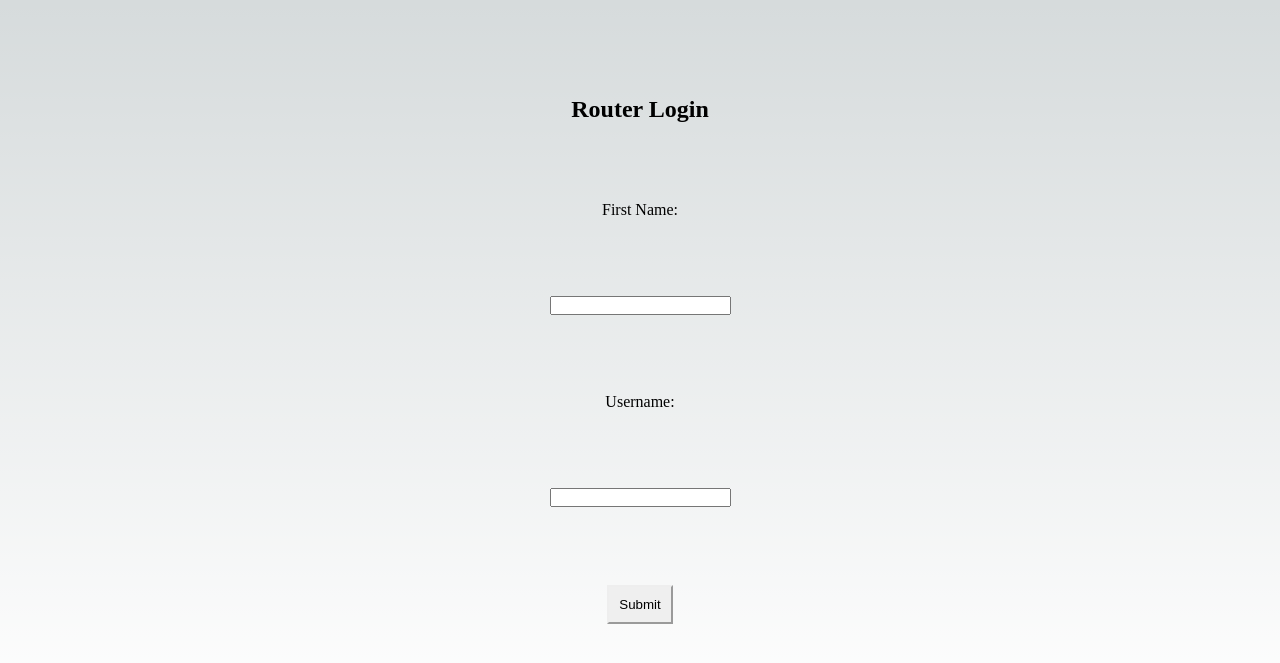
Repository: Mariessa-Pinto/week2-next.js-next-router-login
Page: /
An editor plug-in stored every save of this project. The page is shown before and after the next save, followed by the edit.
The browser window is 1280 px wide. The pictures show the whole page.
The project was rebuilt for these pictures with package versions that can differ from the ones it lists, and the page was loaded fresh each time. The framework's server and built-in components were replaced by stand-ins that run in the browser. Also part of the build but not shown: next.config.js.

Above is the page before, as saved 2023-01-11 07:36:58.

### pages/index.js
import Head from 'next/head'
import Image from 'next/image'
import { Inter } from '@next/font/google'
import styles from '../styles/Home.module.css'
import { useState } from 'react'
import { useRouter } from 'next/router'

const inter = Inter({ subsets: ['latin'] })

export default function Home() {

  const router = useRouter()

  const [formData, setFormData] = useState({
    firstName: '',
    username: ''
  })

  const CheckLogin = () => {
    console.log(formData.firstName)
    console.log(formData)

    if(formData.username !== null) {
      router.push( {
        pathname: './counter',
        query: {
          username: formData.username
        }
      })
    }
  }

  return (
    <>
      <Head>
        <title>Create Next App</title>
        <meta name="description" content="Generated by create next app" />
        <meta name="viewport" content="width=device-width, initial-scale=1" />
        <link rel="icon" href="/favicon.ico" />
      </Head>
      <main className={styles.main}>

       <h2>Router Login</h2>
       <label>First Name:</label>
       <input
        type = "text"
        id = "first"
        name = "first"
        required
        pattern ="[A-Z]{1}[a-z]{2,10}"
        title="The first letter should be capitalized"
        onChange={(e => setFormData({...formData, firstName: e.target.value}))}
       />

       <label>Username:</label>
       <input
        type = "text"
        id = "username"
        name = "username"
        required
        title="Type your username"
        minLength="5"
        maxLength="10"
        onChange={(e => setFormData({...formData, username: e.target.value}))}
       />
       <button className={styles.button} type="submit" onClick={() => CheckLogin()}>Submit</button>
      </main>
    </>
  )
}

### styles/globals.css
:root {
  --max-width: 1100px;
  --border-radius: 12px;
  --font-mono: ui-monospace, Menlo, Monaco, 'Cascadia Mono', 'Segoe UI Mono',
    'Roboto Mono', 'Oxygen Mono', 'Ubuntu Monospace', 'Source Code Pro',
    'Fira Mono', 'Droid Sans Mono', 'Courier New', monospace;

  --foreground-rgb: 0, 0, 0;
  --background-start-rgb: 214, 219, 220;
  --background-end-rgb: 255, 255, 255;

  --primary-glow: conic-gradient(
    from 180deg at 50% 50%,
    #16abff33 0deg,
    #0885ff33 55deg,
    #54d6ff33 120deg,
    #0071ff33 160deg,
    transparent 360deg
  );
  --secondary-glow: radial-gradient(
    rgba(255, 255, 255, 1),
    rgba(255, 255, 255, 0)
  );

  --tile-start-rgb: 239, 245, 249;
  --tile-end-rgb: 228, 232, 233;
  --tile-border: conic-gradient(
    #00000080,
    #00000040,
    #00000030,
    #00000020,
    #00000010,
    #00000010,
    #00000080
  );

  --callout-rgb: 238, 240, 241;
  --callout-border-rgb: 172, 175, 176;
  --card-rgb: 180, 185, 188;
  --card-border-rgb: 131, 134, 135;
}

@media (prefers-color-scheme: dark) {
  :root {
    --foreground-rgb: 255, 255, 255;
    --background-start-rgb: 0, 0, 0;
    --background-end-rgb: 0, 0, 0;

    --primary-glow: radial-gradient(rgba(1, 65, 255, 0.4), rgba(1, 65, 255, 0));
    --secondary-glow: linear-gradient(
      to bottom right,
      rgba(1, 65, 255, 0),
      rgba(1, 65, 255, 0),
      rgba(1, 65, 255, 0.3)
    );

    --tile-start-rgb: 2, 13, 46;
    --tile-end-rgb: 2, 5, 19;
    --tile-border: conic-gradient(
      #ffffff80,
      #ffffff40,
      #ffffff30,
      #ffffff20,
      #ffffff10,
      #ffffff10,
      #ffffff80
    );

    --callout-rgb: 20, 20, 20;
    --callout-border-rgb: 108, 108, 108;
    --card-rgb: 100, 100, 100;
    --card-border-rgb: 200, 200, 200;

    --dark-red: darkred;
  }
}

* {
  box-sizing: border-box;
  padding: 0;
  margin: 0;
}

html,
body {
  max-width: 100vw;
  overflow-x: hidden;
}

body {
  color: rgb(var(--foreground-rgb));
  background: linear-gradient(
      to bottom,
      transparent,
      rgb(var(--background-end-rgb))
    )
    rgb(var(--background-start-rgb));
}

a {
  color: inherit;
  text-decoration: none;
}

@media (prefers-color-scheme: dark) {
  html {
    color-scheme: dark;
  }
}

### styles/Home.module.css
.main {
  display: flex;
  flex-direction: column;
  justify-content: space-between;
  align-items: center;
  padding: 6rem;
  min-height: 100vh;
}

.button {
  border-color: rgb(var(--dark-red));
  padding: 10px;
}

.description {
  display: inherit;
  justify-content: inherit;
  align-items: inherit;
  font-size: 0.85rem;
  max-width: var(--max-width);
  width: 100%;
  z-index: 2;
  font-family: var(--font-mono);
}

.description a {
  display: flex;
  justify-content: center;
  align-items: center;
  gap: 0.5rem;
}

.description p {
  position: relative;
  margin: 0;
  padding: 1rem;
  background-color: rgba(var(--callout-rgb), 0.5);
  border: 1px solid rgba(var(--callout-border-rgb), 0.3);
  border-radius: var(--border-radius);
}

.code {
  font-weight: 700;
  font-family: var(--font-mono);
}

.grid {
  display: grid;
  grid-template-columns: repeat(4, minmax(25%, auto));
  width: var(--max-width);
  max-width: 100%;
}

.card {
  padding: 1rem 1.2rem;
  border-radius: var(--border-radius);
  background: rgba(var(--card-rgb), 0);
  border: 1px solid rgba(var(--card-border-rgb), 0);
  transition: background 200ms, border 200ms;
}

.card span {
  display: inline-block;
  transition: transform 200ms;
}

.card h2 {
  font-weight: 600;
  margin-bottom: 0.7rem;
}

.card p {
  margin: 0;
  opacity: 0.6;
  font-size: 0.9rem;
  line-height: 1.5;
  max-width: 30ch;
}

.center {
  display: flex;
  justify-content: center;
  align-items: center;
  position: relative;
  padding: 4rem 0;
}

.center::before {
  background: var(--secondary-glow);
  border-radius: 50%;
  width: 480px;
  height: 360px;
  margin-left: -400px;
}

.center::after {
  background: var(--primary-glow);
  width: 240px;
  height: 180px;
  z-index: -1;
}

.center::before,
.center::after {
  content: '';
  left: 50%;
  position: absolute;
  filter: blur(45px);
  transform: translateZ(0);
}

.logo,
.thirteen {
  position: relative;
}

.thirteen {
  display: flex;
  justify-content: center;
  align-items: center;
  width: 75px;
  height: 75px;
  padding: 25px 10px;
  margin-left: 16px;
  transform: translateZ(0);
  border-radius: var(--border-radius);
  overflow: hidden;
  box-shadow: 0px 2px 8px -1px #0000001a;
}

.thirteen::before,
.thirteen::after {
  content: '';
  position: absolute;
  z-index: -1;
}

/* Conic Gradient Animation */
.thirteen::before {
  animation: 6s rotate linear infinite;
  width: 200%;
  height: 200%;
  background: var(--tile-border);
}

/* Inner Square */
.thirteen::after {
  inset: 0;
  padding: 1px;
  border-radius: var(--border-radius);
  background: linear-gradient(
    to bottom right,
    rgba(var(--tile-start-rgb), 1),
    rgba(var(--tile-end-rgb), 1)
  );
  background-clip: content-box;
}

/* Enable hover only on non-touch devices */
@media (hover: hover) and (pointer: fine) {
  .card:hover {
    background: rgba(var(--card-rgb), 0.1);
    border: 1px solid rgba(var(--card-border-rgb), 0.15);
  }

  .card:hover span {
    transform: translateX(4px);
  }
}

@media (prefers-reduced-motion) {
  .thirteen::before {
    animation: none;
  }

  .card:hover span {
    transform: none;
  }
}

/* Mobile */
@media (max-width: 700px) {
  .content {
    padding: 4rem;
  }

  .grid {
    grid-template-columns: 1fr;
    margin-bottom: 120px;
    max-width: 320px;
    text-align: center;
  }

  .card {
    padding: 1rem 2.5rem;
  }

  .card h2 {
    margin-bottom: 0.5rem;
  }

  .center {
    padding: 8rem 0 6rem;
  }

  .center::before {
    transform: none;
    height: 300px;
  }

  .description {
    font-size: 0.8rem;
  }

  .description a {
    padding: 1rem;
  }

  .description p,
  .description div {
    display: flex;
    justify-content: center;
    position: fixed;
    width: 100%;
  }

  .description p {
    align-items: center;
    inset: 0 0 auto;
    padding: 2rem 1rem 1.4rem;
    border-radius: 0;
    border: none;
    border-bottom: 1px solid rgba(var(--callout-border-rgb), 0.25);
    background: linear-gradient(
      to bottom,
      rgba(var(--background-start-rgb), 1),
      rgba(var(--callout-rgb), 0.5)
    );
    background-clip: padding-box;
    backdrop-filter: blur(24px);
  }

  .description div {
    align-items: flex-end;
    pointer-events: none;
    inset: auto 0 0;
    padding: 2rem;
    height: 200px;
    background: linear-gradient(
      to bottom,
      transparent 0%,
      rgb(var(--background-end-rgb)) 40%
    );
    z-index: 1;
  }
}

/* Tablet and Smaller Desktop */
@media (min-width: 701px) and (max-width: 1120px) {
  .grid {
    grid-template-columns: repeat(2, 50%);
  }
}

@media (prefers-color-scheme: dark) {
  .vercelLogo {
    filter: invert(1);
  }

  .logo,
  .thirteen img {
    filter: invert(1) drop-shadow(0 0 0.3rem #ffffff70);
  }
}

@keyframes rotate {
  from {
    transform: rotate(360deg);
  }
  to {
    transform: rotate(0deg);
  }
}

Loaded but not shown: pages/_app.js (common file); pages/_document.js (common file)

After the next save:
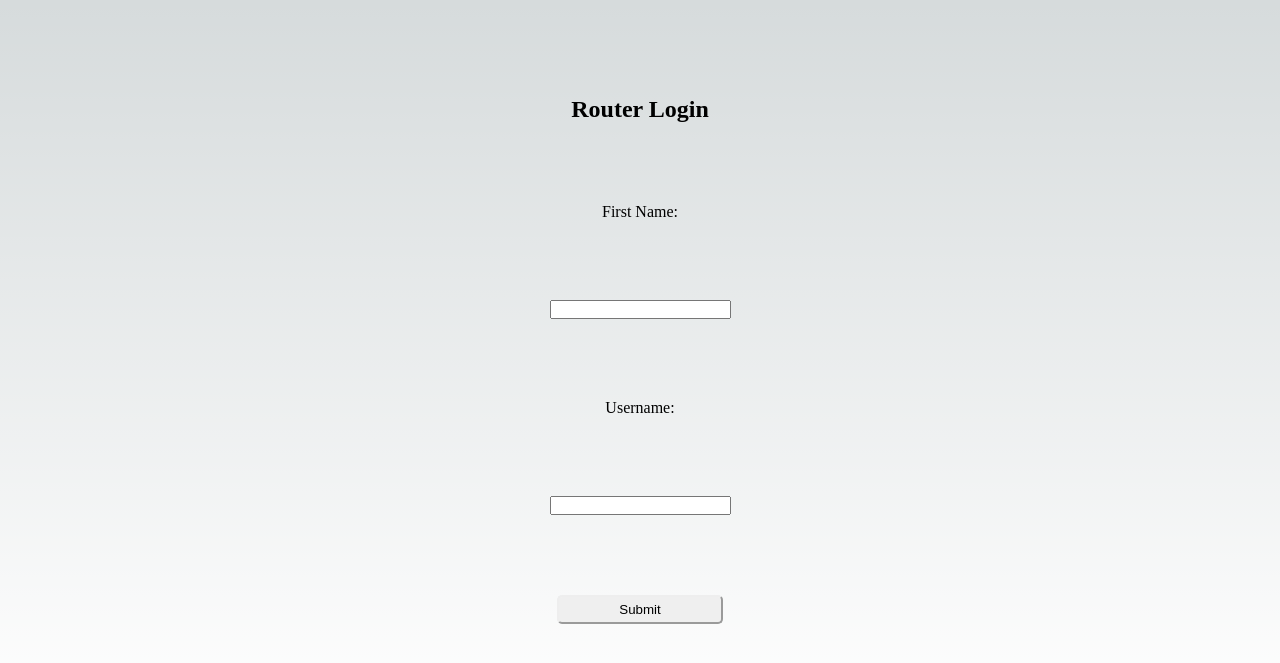
Saved 118 s later.
--- a/styles/Home.module.css
+++ b/styles/Home.module.css
@@ -9,7 +9,8 @@
 
 .button {
   border-color: rgb(var(--dark-red));
-  padding: 10px;
+  padding: 5px 60px;
+  border-radius: 5px;
 }
 
 .description {
